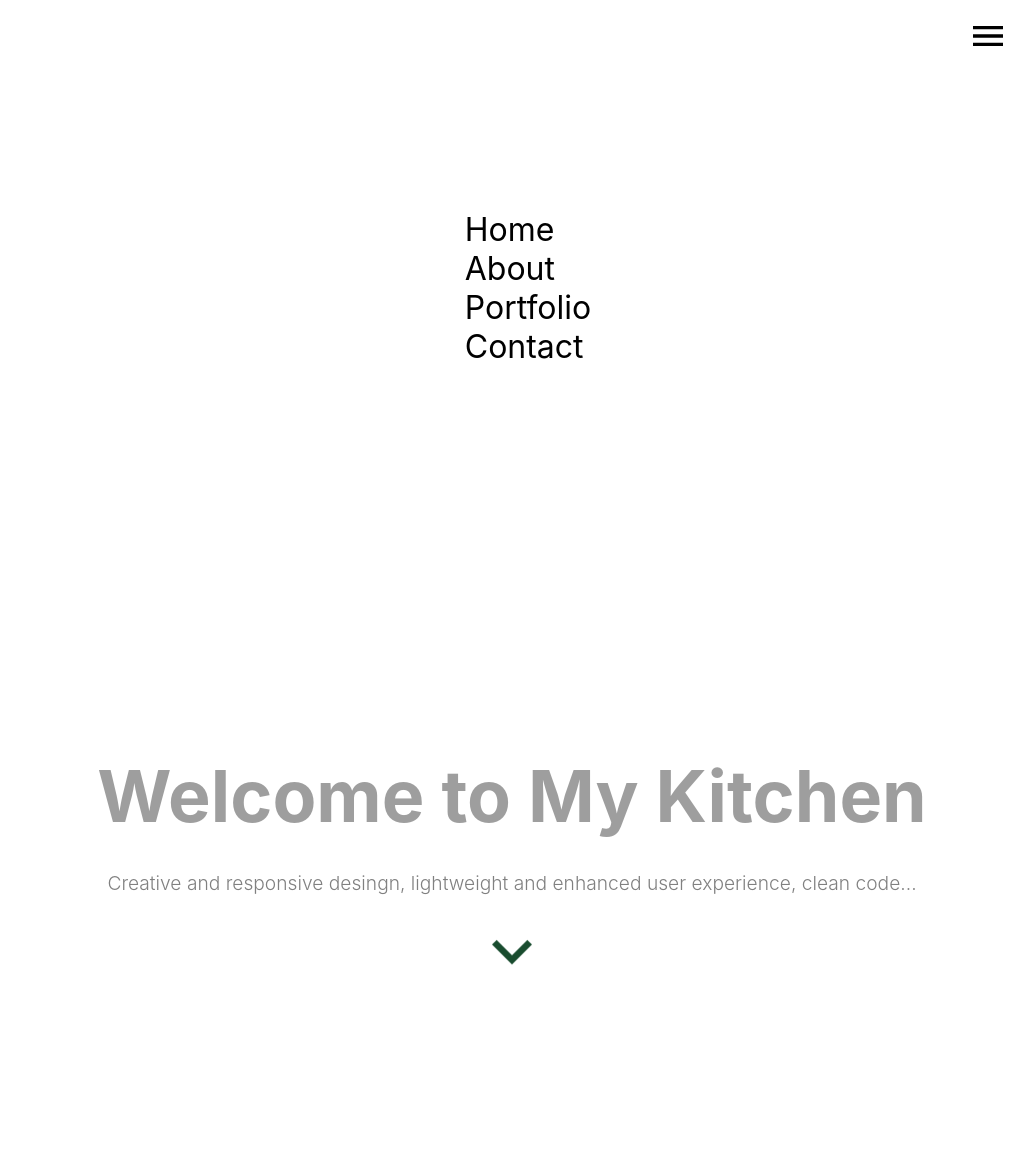
Repository: safak/safak.github.io
Page: /
The author's editor kept a copy of each file at every save. The page is drawn from the files as they stood at one save, then again after the next save.
The browser window is 1280 px wide. The pictures show the whole page, at 80% of full size.
Pictures or frames that could not be fetched are drawn as grey boxes. Backgrounds fixed to the window are drawn as part of the page. The project was rebuilt for these pictures with package versions that can differ from the ones it lists, and the page was loaded fresh each time. Also part of the build but not shown: src/App.css.

Above is the page before, as saved 2020-08-28 04:00:02.

After the next save:
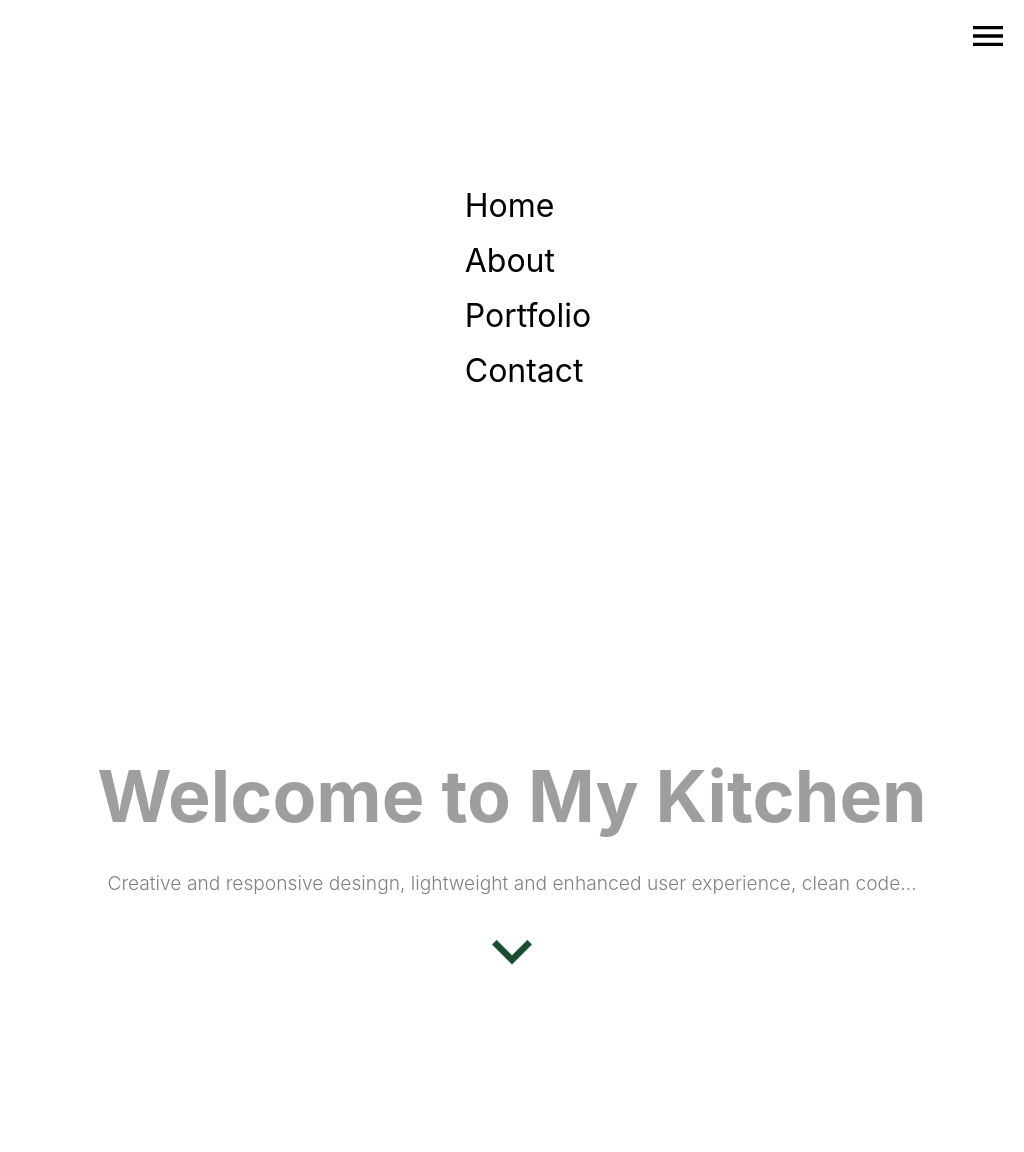
Saved 13 s later.
--- a/src/components/menu/Menu.css
+++ b/src/components/menu/Menu.css
@@ -9,3 +9,7 @@
 .menuList {
   list-style: none;
 }
+
+.menuListItem{
+    padding: 10px;
+}
